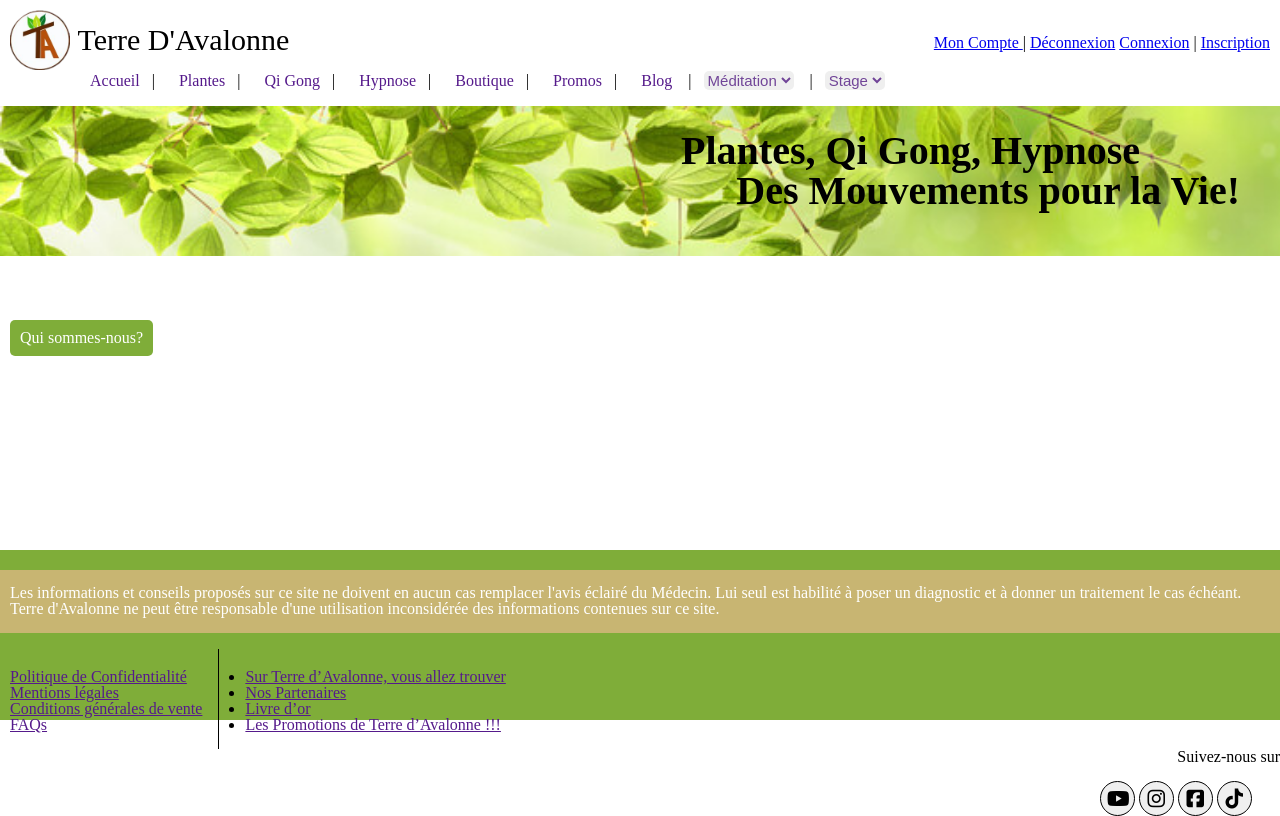
Repository: Michelhof1978/TerreDavalonne
Page: templates/base.html
These files come from the project's save history. The page is drawn as it stood at one moment and after a run of saves; the edit follows.
The browser window is 1280 px wide. The pictures show the whole page.
Some web fonts or font styles are not loaded; a fallback is used. Some web libraries are served in a nearby version.

Above is the page before, as saved 2022-05-04 16:08:50.

After the next 2 saves:
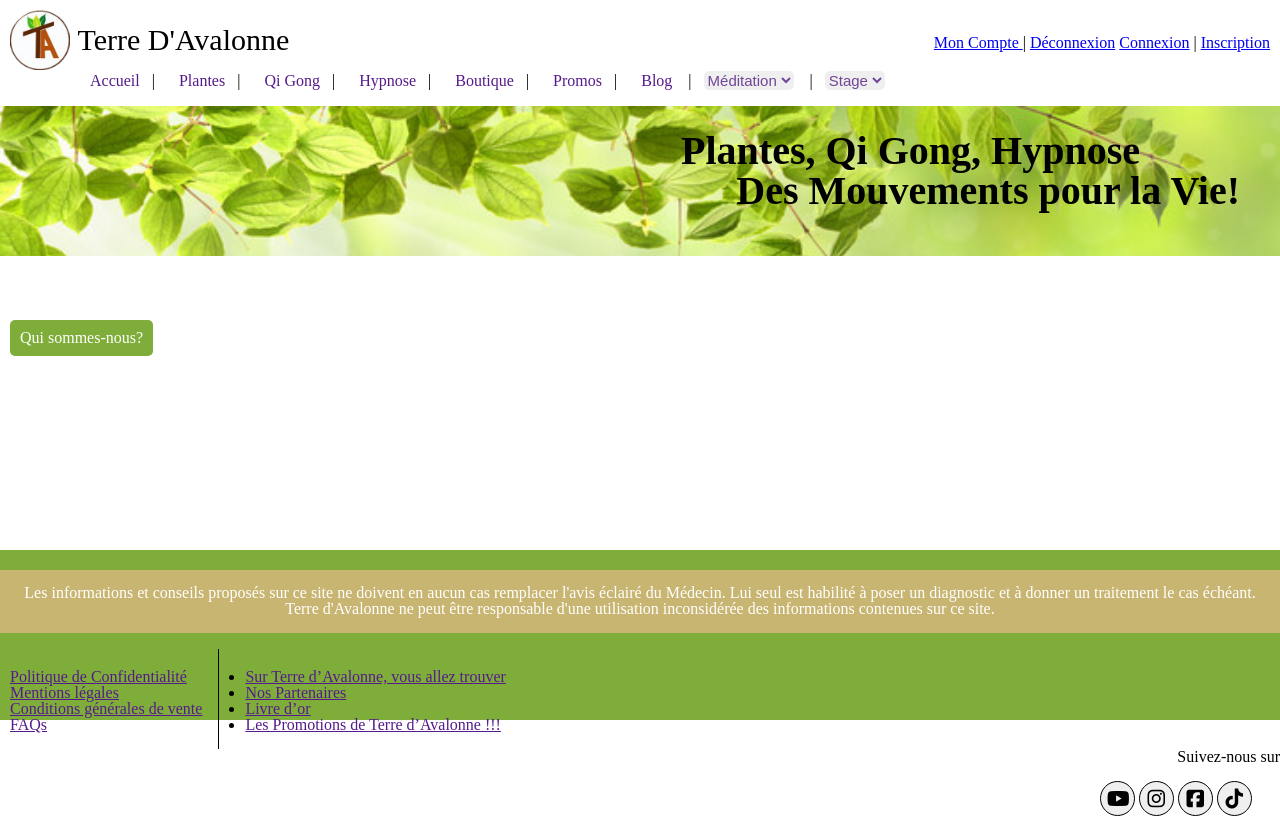
The 2 saves are shown as one change because they came seconds apart.
The last was saved 5 s later.
--- a/templates/base.html
+++ b/templates/base.html
@@ -284,7 +284,7 @@
     padding-top: 15px;
     padding-left: 10px;
     padding-right: 10px;
-    text-
+    text-align: center;
   }
 
   .ulFooter {
